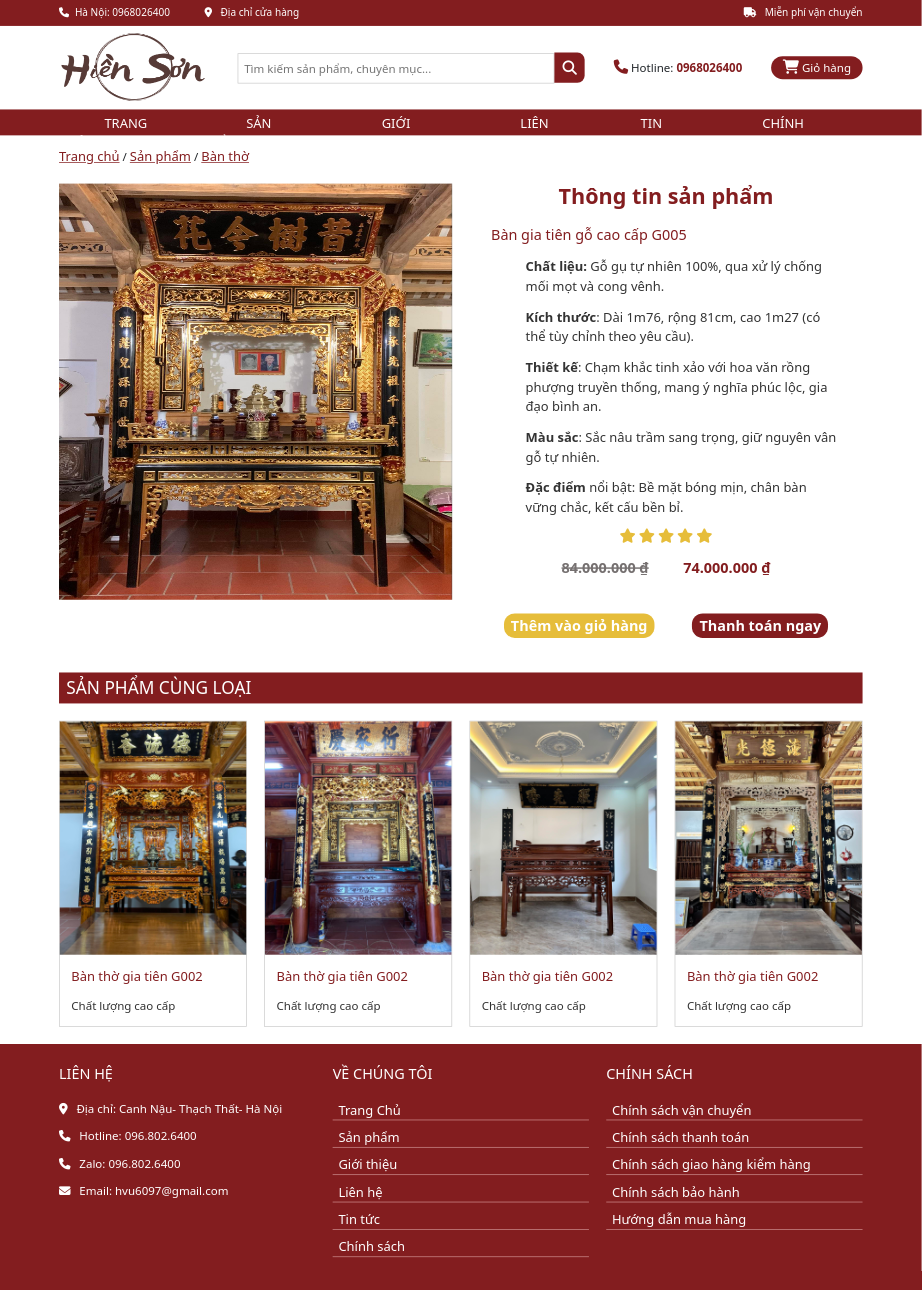
Repository: hoang28092000/do_go_hien_son
Page: product_details/ban_tho-g005.html
An editor plug-in stored every save of this project. The page is shown before and after the next save, followed by the edit.
The browser window is 1280 px wide. The pictures show the whole page, at 72% of full size.
Some web libraries are served in a nearby version.

Above is the page before, as saved 2024-08-12 15:57:10.

After the next save:
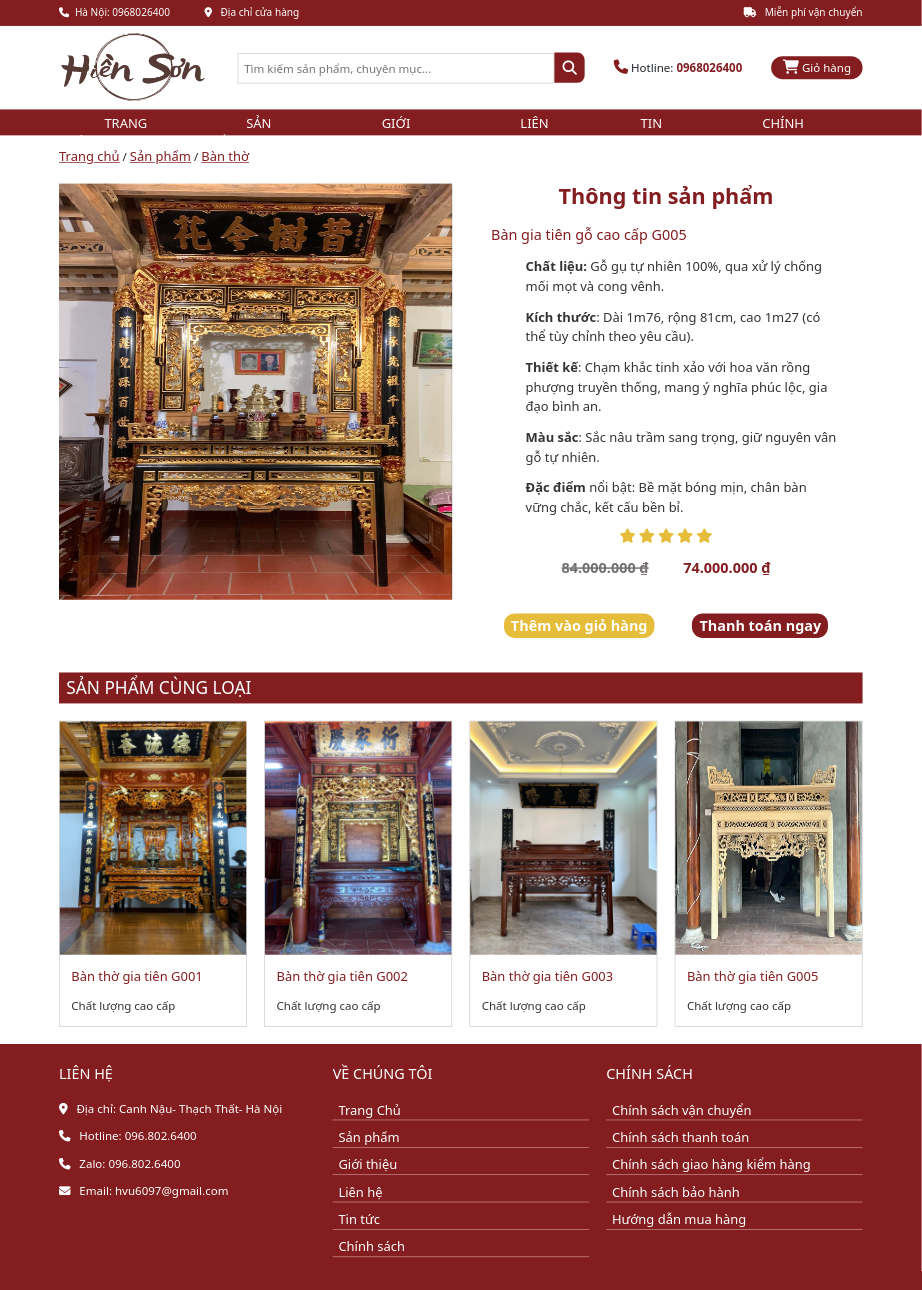
Saved 18 s later.
--- a/product_details/ban_tho-g005.html
+++ b/product_details/ban_tho-g005.html
@@ -132,16 +132,16 @@
             <div class="pd-relate my-4">
                 <div class="row">
                     <div class="col-lg-3">
-                        <a href="" class="a-link_pd">
+                        <a href="./ban_tho-g001.html" class="a-link_pd">
                             <div class="card-pd">
                                 <img src="../asset/image/anhn3.jfif" alt="this is picture" class="w-100 img-relate">
-                                <p class="name-product_r mt-3 px-3">Bàn thờ gia tiên G002</p>
-                                <p class="info-pd_r px-3">Chất lượng cao cấp</p>
-                            </div>
-                        </a>
-                    </div>
-                    <div class="col-lg-3">
-                        <a href="" class="a-link_pd">
+                                <p class="name-product_r mt-3 px-3">Bàn thờ gia tiên G001</p>
+                                <p class="info-pd_r px-3">Chất lượng cao cấp</p>
+                            </div>
+                        </a>
+                    </div>
+                    <div class="col-lg-3">
+                        <a href="./ban_tho-g002.html" class="a-link_pd">
                             <div class="card-pd">
                                 <img src="../asset/image/anhn4.jfif" alt="this is picture" class="w-100 img-relate">
                                 <p class="name-product_r mt-3 px-3">Bàn thờ gia tiên G002</p>
@@ -150,19 +150,19 @@
                         </a>
                     </div>
                     <div class="col-lg-3">
-                        <a href="" class="a-link_pd">
+                        <a href="./ban_tho-g003.html" class="a-link_pd">
                             <div class="card-pd">
                                 <img src="../asset/image/anhn5.jfif" alt="this is picture" class="w-100 img-relate">
-                                <p class="name-product_r mt-3 px-3">Bàn thờ gia tiên G002</p>
-                                <p class="info-pd_r px-3">Chất lượng cao cấp</p>
-                            </div>
-                        </a>
-                    </div>
-                    <div class="col-lg-3">
-                        <a href="" class="a-link_pd">
-                            <div class="card-pd">
-                                <img src="../asset/image/anhn9.jfif" alt="this is picture" class="w-100 img-relate">
-                                <p class="name-product_r mt-3 px-3">Bàn thờ gia tiên G002</p>
+                                <p class="name-product_r mt-3 px-3">Bàn thờ gia tiên G003</p>
+                                <p class="info-pd_r px-3">Chất lượng cao cấp</p>
+                            </div>
+                        </a>
+                    </div>
+                    <div class="col-lg-3">
+                        <a href="./ban_tho-g005.html" class="a-link_pd">
+                            <div class="card-pd">
+                                <img src="../asset/image/anhn7.jfif" alt="this is picture" class="w-100 img-relate">
+                                <p class="name-product_r mt-3 px-3">Bàn thờ gia tiên G005</p>
                                 <p class="info-pd_r px-3">Chất lượng cao cấp</p>
                             </div>
                         </a>
